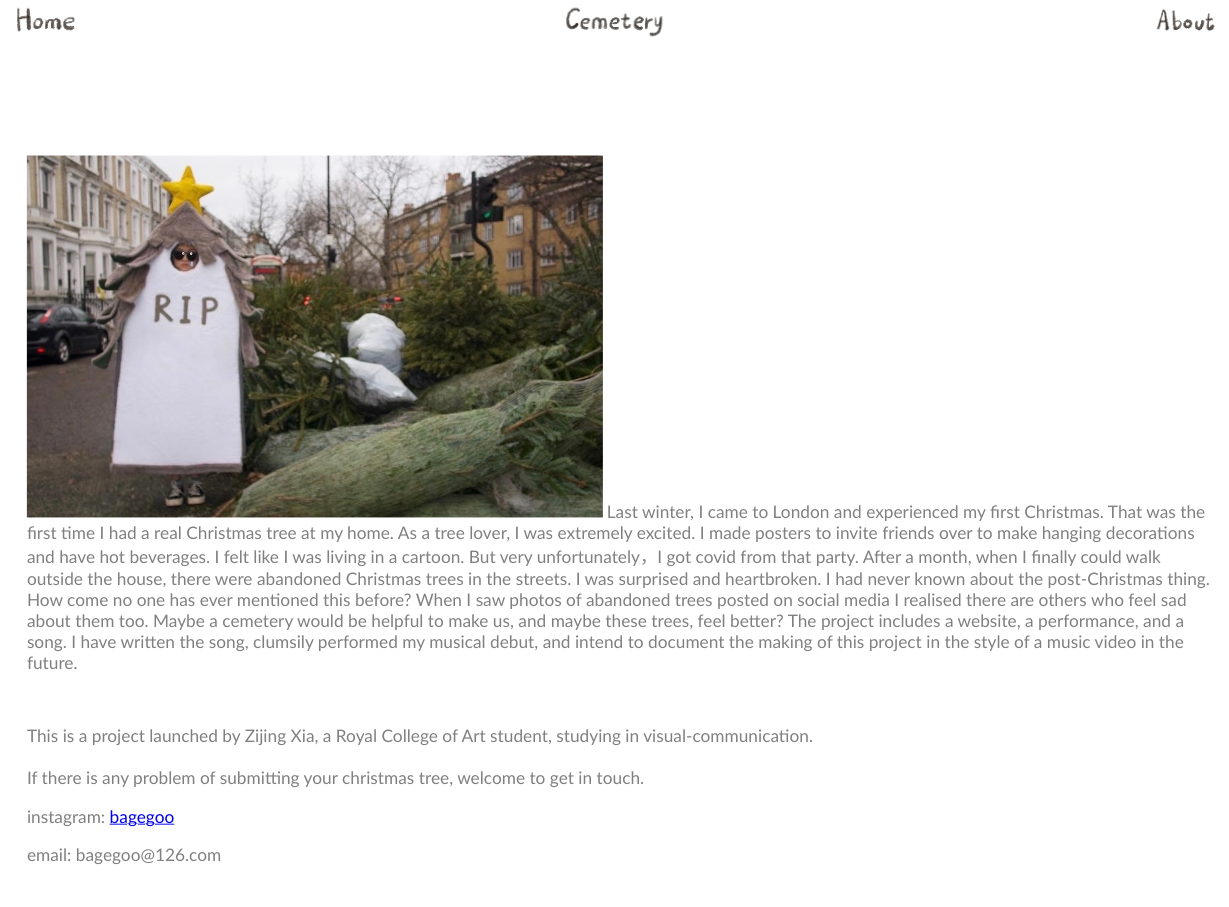
Repository: FuugaMo/ByeByeChristmasTree.github.io
Page: about.html
These files come from the project's save history. The page is drawn as it stood at one moment and after the next save; the edit follows.
The browser window is 1280 px wide. The pictures show the whole page, at 96% of full size.

Above is the page before, as saved 2023-07-28 21:15:36.

### about.html
<!DOCTYPE html>
<html lang="en">

<head>
    <meta charset="utf-8" />
    <link
        href="about.css"
        rel="stylesheet"
    />

</head>

<body>
    <!-- 顶部导航栏 -->
    <nav>
        <div
            class="home"
            style="width:60px; height:50px"
        >
            <img
                src="./Image/Home.png"
                width="60px"
            >
            <input
                type="button"
                onclick='location.href=("index.html")'
            />

        </div>

        <div
            class="cemetery"
            style="width: 100px;"
        >
            <img
                src="./Image/cemetery.png"
                class="cemetery"
                width="100px"
            >
            <input
                type="button"
                onclick='location.href=("cemetery.html")'
            />
        </div>

        <div
            class="about"
            style="width: 60px;"
        >
            <img
                src="./Image/about.png"
                width="60px"
            >
            <input
                type="button"
                onclick='location.href=("about.html")'
            />
        </div>

    </nav>

    <div id="content">
        <img
            src="./Image/About1.jpeg"
            width="600px"
        >
        <p1>
            Last winter, I came to London and experienced my first Christmas. That was the first time I had a real Christmas tree at my home. As a tree lover, I was extremely excited. I made posters to invite friends over to make hanging decorations and have hot beverages. I felt like I was living in a cartoon. But very unfortunately，I got covid from that party. After a month, when I finally could walk outside the house, there were abandoned Christmas trees in the streets. I was surprised and heartbroken. I had never known about the post-Christmas thing. How come no one has ever mentioned this before?

            When I saw photos of abandoned trees posted on social media I realised there are others who feel sad about them too. Maybe a cemetery would be helpful to make us, and maybe these trees, feel better?

            The project includes a website, a performance, and a song. I have written the song, clumsily performed my musical debut, and intend to document the making of this project in the style of a music video in the future.
        </p1>
        <br>
        <br>
        <br>
        <br>
        <p1>
            This is a project launched by Zijing Xia, a Royal College of Art student, studying in visual-communication.
            <br><br> If there is any problem of submitting your christmas tree, welcome to get in touch.
        </p1>
        <br>
        <br>
        <p2>
            instagram: <a href="https://www.instagram.com/bagegoo/">bagegoo</a></p2>
        </p2>
        <br>
        <br>
        <p3>
            email: bagegoo@126.com
        </p3>

        <br><br><br>
    </div>
</body>

### about.css
#content {
    position: relative;
    margin-top: 10px;
    margin-left: 20px;
}

/* 导航栏 */
.home {
    position: relative;
    display: -webkit-box;
    -webkit-box-pack: start;
    -webkit-box-align: start;
    -webkit-box-orient: start;
    text-align: center;
    margin-left: 10px;
    /* opacity: 0; */
}

.home input {
    cursor: url("光标.png"), auto;
    position: absolute;
    width: 60px;
    height: 25px;
    border: 0px;
    left: 0px;
    top: 0px;
    /* opacity: 0.5; */
    /* background-color: black; */
    background-color: transparent;
}

.cemetery {
    position: relative;
    margin: 0 auto;
    top: -25px;
}

.cemetery input {
    cursor: url("光标.png"), auto;
    position: relative;
    width: 100px;
    height: 60px;
    border: 0;
    top: -85px;
    /* opacity: 0.5; */
    /* background-color: black; */
    background-color: transparent;
}

.about {
    position: absolute;
    right: 15px;
    top: 10px;
}

p1,
p2,
p3 {
    font-family: "Gill Sans", sans-serif;
    font-size: large;
    color: gray;
}

.about input {
    cursor: url("光标.png"), auto;
    position: absolute;
    width: 60px;
    height: 25px;
    border: 0px;
    right: 1px;
    /* opacity: 0.5; */
    /* background-color: black; */
    background-color: transparent;

}

/* 导航栏结束 */

html {
    cursor: url("光标.png"), auto;
}

After the next save:
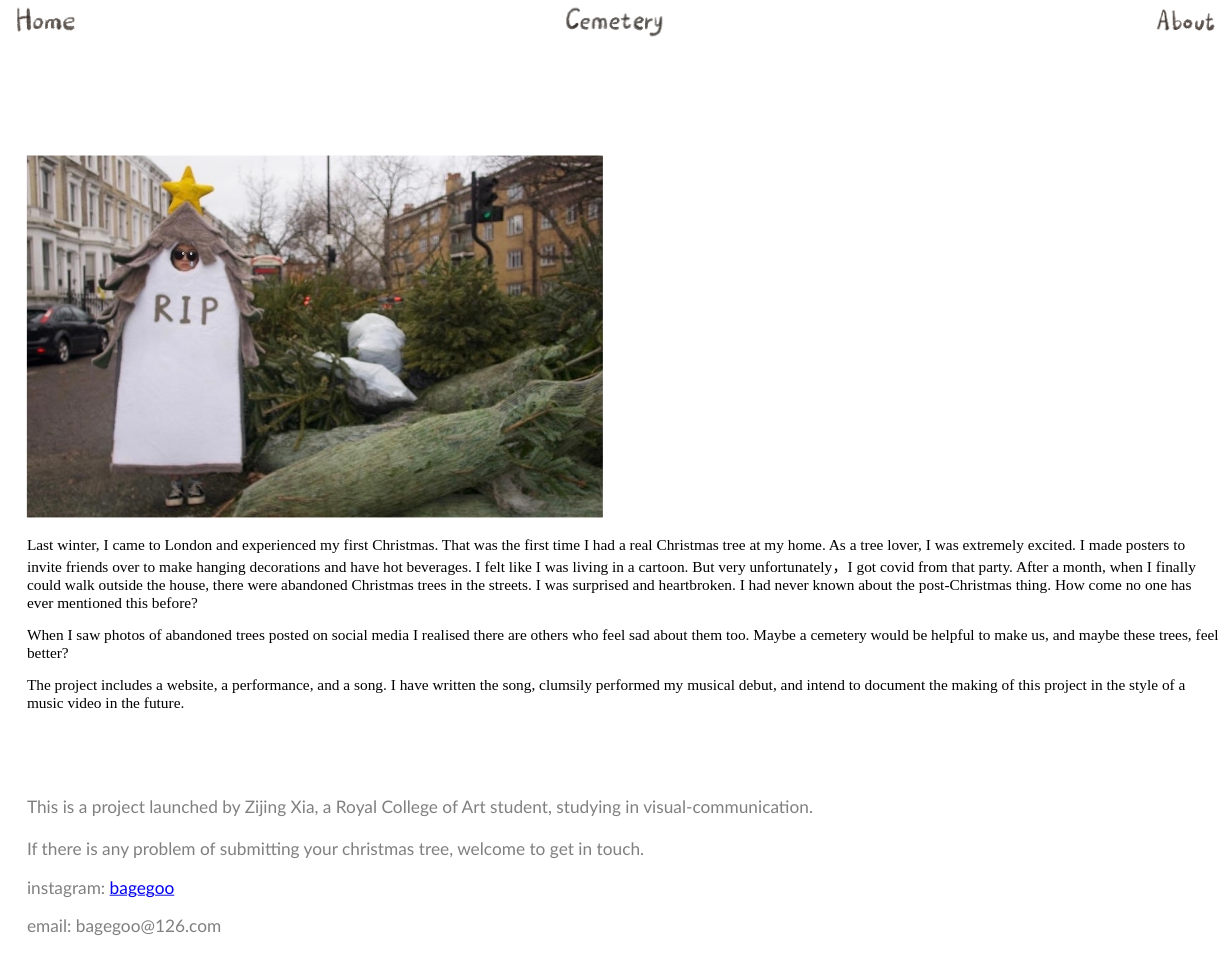
Saved 7 min 34 s later.
--- a/about.html
+++ b/about.html
@@ -64,32 +64,43 @@
             src="./Image/About1.jpeg"
             width="600px"
         >
-        <p1>
-            Last winter, I came to London and experienced my first Christmas. That was the first time I had a real Christmas tree at my home. As a tree lover, I was extremely excited. I made posters to invite friends over to make hanging decorations and have hot beverages. I felt like I was living in a cartoon. But very unfortunately，I got covid from that party. After a month, when I finally could walk outside the house, there were abandoned Christmas trees in the streets. I was surprised and heartbroken. I had never known about the post-Christmas thing. How come no one has ever mentioned this before?
+        <div class="text">
+            <p>
+                Last winter, I came to London and experienced my first Christmas. That was the first time I had a real
+                Christmas tree at my home. As a tree lover, I was extremely excited. I made posters to invite friends
+                over to make hanging decorations and have hot beverages. I felt like I was living in a cartoon. But very
+                unfortunately，I got covid from that party. After a month, when I finally could walk outside the house,
+                there were abandoned Christmas trees in the streets. I was surprised and heartbroken. I had never known
+                about the post-Christmas thing. How come no one has ever mentioned this before?
+            </p>
+            <p>
+                When I saw photos of abandoned trees posted on social media I realised there are others who feel sad
+                about them too. Maybe a cemetery would be helpful to make us, and maybe these trees, feel better?
+            </p>
+            <p>
+                The project includes a website, a performance, and a song. I have written the song, clumsily performed
+                my musical debut, and intend to document the making of this project in the style of a music video in the
+                future.
+            </p>
+            <br>
+            <br>
+            <br>
+            <br>
+            <p1>
+                This is a project launched by Zijing Xia, a Royal College of Art student, studying in visual-communication.
+                <br><br> If there is any problem of submitting your christmas tree, welcome to get in touch.
+            </p1>
+            <br>
+            <br>
+            <p2>
+                instagram: <a href="https://www.instagram.com/bagegoo/">bagegoo</a></p2>
+            </p2>
+            <br>
+            <br>
+            <p3>
+                email: bagegoo@126.com
+            </p3>
 
-            When I saw photos of abandoned trees posted on social media I realised there are others who feel sad about them too. Maybe a cemetery would be helpful to make us, and maybe these trees, feel better?
-
-            The project includes a website, a performance, and a song. I have written the song, clumsily performed my musical debut, and intend to document the making of this project in the style of a music video in the future.
-        </p1>
-        <br>
-        <br>
-        <br>
-        <br>
-        <p1>
-            This is a project launched by Zijing Xia, a Royal College of Art student, studying in visual-communication.
-            <br><br> If there is any problem of submitting your christmas tree, welcome to get in touch.
-        </p1>
-        <br>
-        <br>
-        <p2>
-            instagram: <a href="https://www.instagram.com/bagegoo/">bagegoo</a></p2>
-        </p2>
-        <br>
-        <br>
-        <p3>
-            email: bagegoo@126.com
-        </p3>
-
-        <br><br><br>
-    </div>
+            <br><br><br>
+        </div>
 </body>
